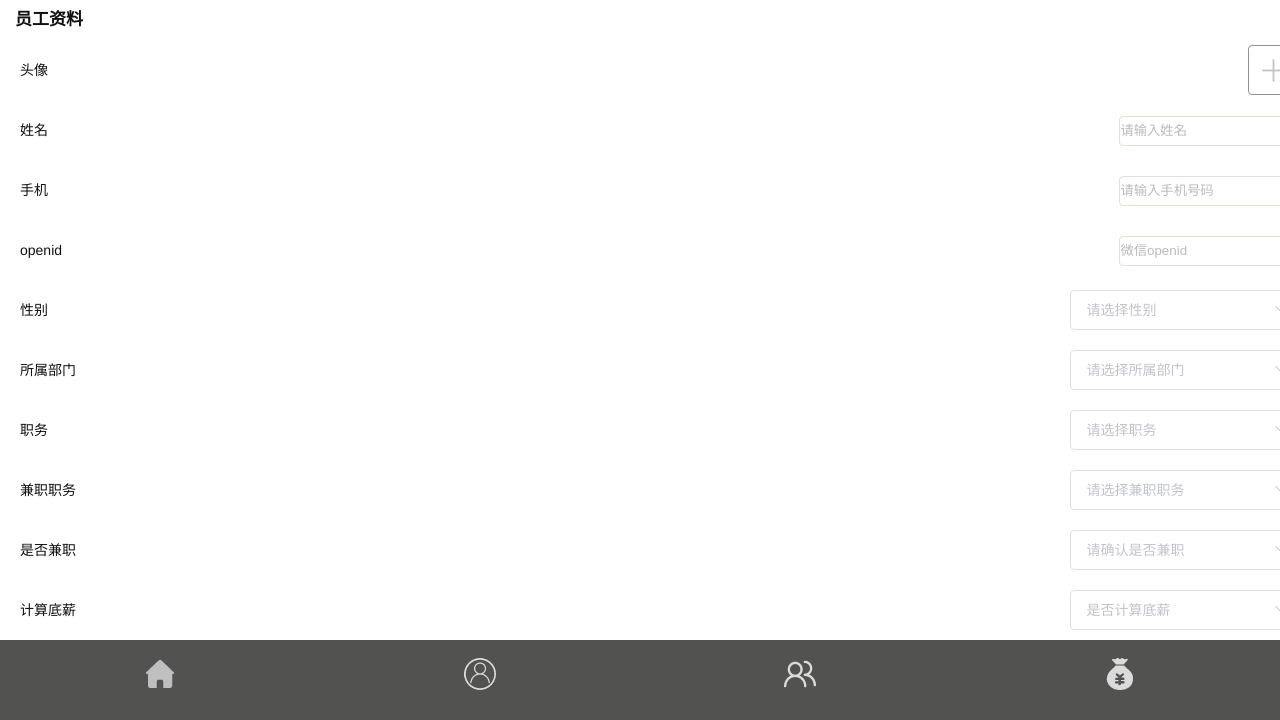
Repository: panlin520-team/lnmj-staffH5
Page: /#/homepage
The author's editor kept a copy of each file at every save. The page is drawn from the files as they stood at one save, then again after the next save.
The browser window is 1280 px wide. The pictures show the whole page.
An inner scrolling area shows only its first screen. The project was rebuilt for these pictures with package versions that can differ from the ones it lists, and the page was loaded fresh each time. Also part of the build but not shown: src/views/Lojin.vue.

Above is the page before, as saved 2020-04-09 17:00:45.

After the next save:
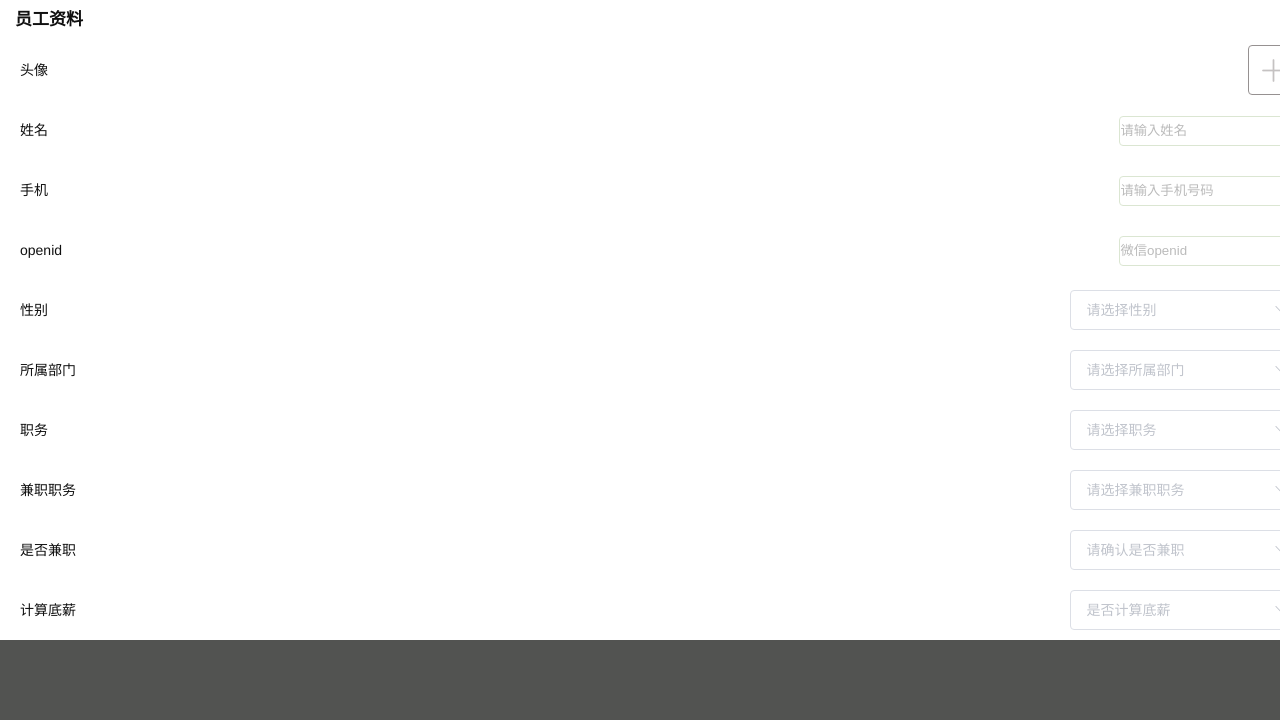
Saved 4 s later.
--- a/src/components/Btnnavigation.vue
+++ b/src/components/Btnnavigation.vue
@@ -34,7 +34,7 @@
       :key="item.index"
     >
       <router-link class="somenavig" :to="{ path: item.path }">
-        <div class="navitnew" v-if="true">
+        <div class="navitnew" v-if="trueobject">
           <img :src="item.img" alt />
         </div>
       </router-link>
